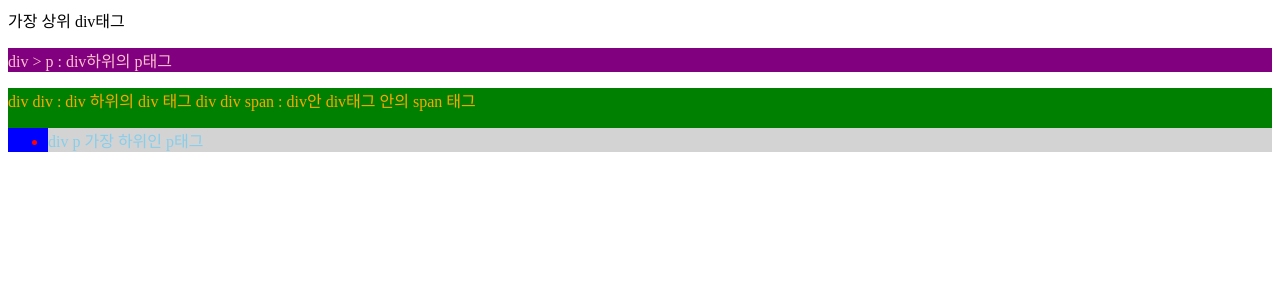
Repository: pvntlc/D-IT-Tech-Internship
Page: work_java/HTMLProject/src/main/webapp/DAY2/05.선택자고급/1-6.selector5.html
These files come from the project's save history. The page is drawn as it stood at one moment and after the next save; the edit follows.
The browser window is 1280 px wide. The pictures show the whole page.

Above is the page before, as saved 2023-09-08 04:54:46.

### work_java/HTMLProject/src/main/webapp/DAY2/05.선택자고급/1-6.selector5.html
<!DOCTYPE html>
<html lang="en">
<head>
    <meta charset="UTF-8">
    <meta name="viewport" content="width=device-width, initial-scale=1.0">
    <title>Descendant Selector(하위선택자)</title>
    <style type="text/css">
      div div {
        background: blue;
        color: red;
      }
      div p {
        background: lightgray;
        color: skyblue;
      }
      div > div {
        background: green;
        color: orange;
      }
      div > p {
        background: purple;
        color: pink;
      }
    </style>
</head>
<body>
  <div>
    가장 상위 div태그
    <p>div > p : div하위의 p태그 </p>
    <div>
      div div : div 하위의 div 태그
      <span> div div span : div안 div태그 안의 span 태그
        <div>
          <ul>
            <li><p>div p 가장 하위인 p태그</p></li>
          </ul>
        </div>
      </span>
    </div>
  </div>
</body>
</html>

After the next save:
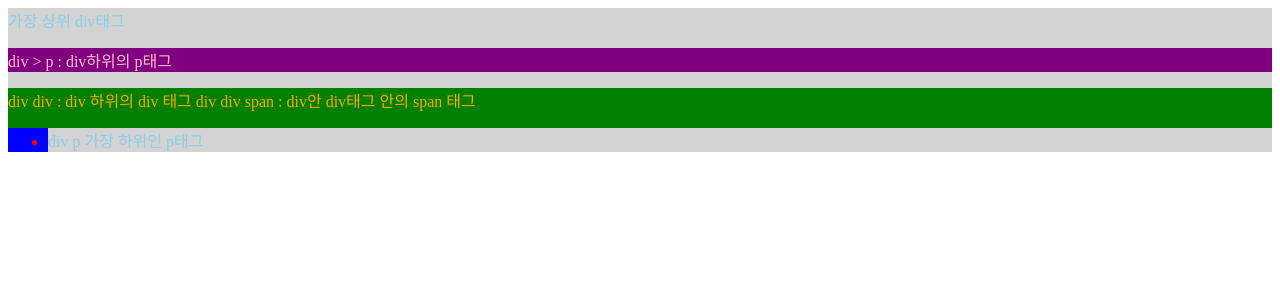
Saved 117 s later.
--- a/work_java/HTMLProject/src/main/webapp/DAY2/05.선택자고급/1-6.selector5.html
+++ b/work_java/HTMLProject/src/main/webapp/DAY2/05.선택자고급/1-6.selector5.html
@@ -9,7 +9,7 @@
         background: blue;
         color: red;
       }
-      div p {
+      div, p {
         background: lightgray;
         color: skyblue;
       }

After the save that followed:
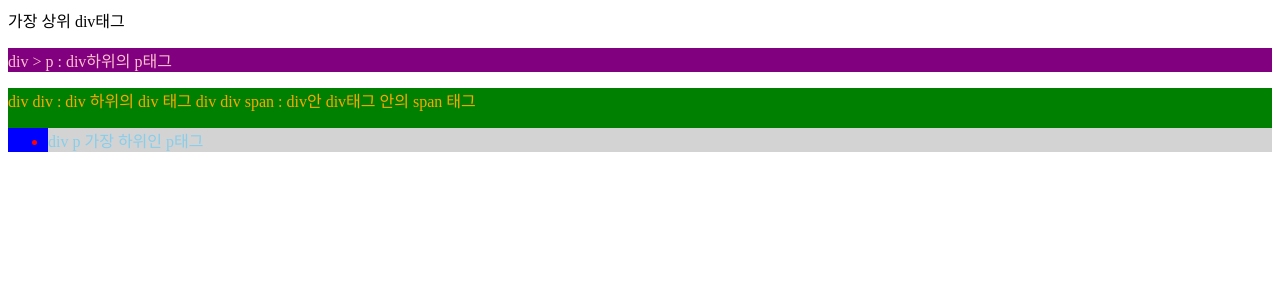
Saved 6 s later.
--- a/work_java/HTMLProject/src/main/webapp/DAY2/05.선택자고급/1-6.selector5.html
+++ b/work_java/HTMLProject/src/main/webapp/DAY2/05.선택자고급/1-6.selector5.html
@@ -9,7 +9,7 @@
         background: blue;
         color: red;
       }
-      div, p {
+      div p {
         background: lightgray;
         color: skyblue;
       }
